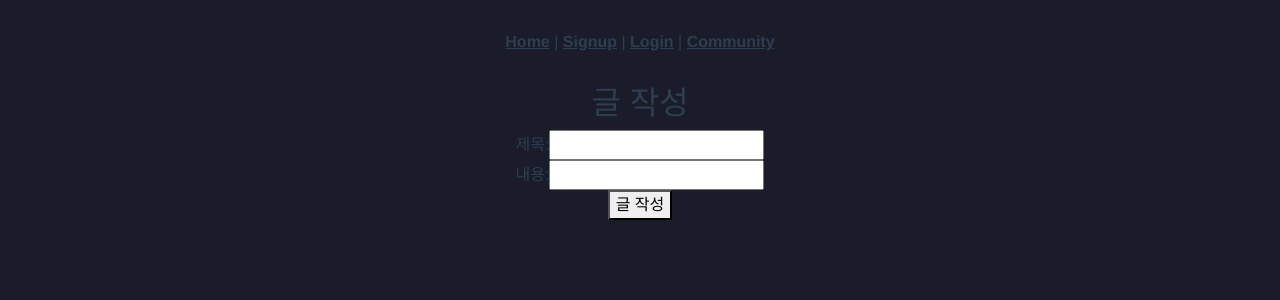
Repository: emoralVisionary/final_pjt_front
Page: /community/post
These files come from the project's save history. The page is drawn as it stood at one moment and after the next save; the edit follows.
The browser window is 1280 px wide. The pictures show the whole page.
The project was rebuilt for these pictures with package versions that can differ from the ones it lists, and the page was loaded fresh each time. Also part of the build but not shown: src/components/MovieCard.vue, src/views/MovieDetail.vue, src/views/MovieReview.vue, src/views/community/Community.vue, src/views/community/PostDetail.vue, src/components/ReviewDetail.vue, src/views/accounts/Login.vue.

Above is the page before, as saved 2021-11-22 05:11:54.

After the next save:
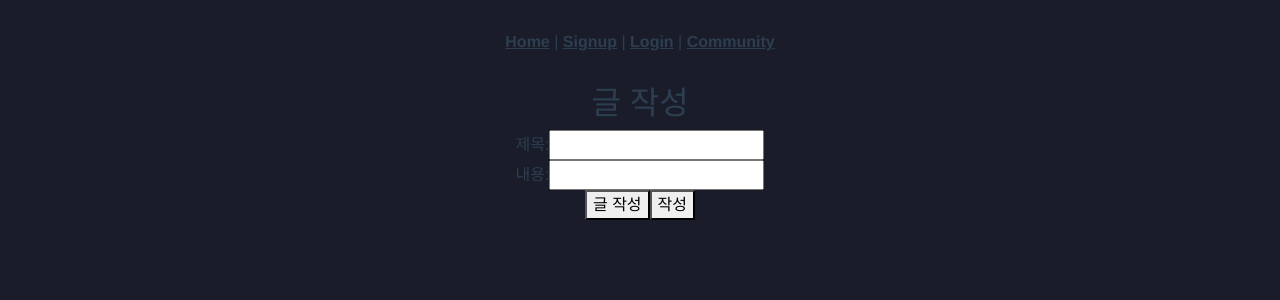
Saved 3 min 14 s later.
--- a/src/views/community/Post.vue
+++ b/src/views/community/Post.vue
@@ -18,6 +18,7 @@
       >
     </div>
     <button @click="createPost">글 작성</button>
+    <button @click="index !== undefined ? updatePost : createPost">{{index !== undefined ? '수정' : '작성'}}</button>
   </div>
 </template>
 
